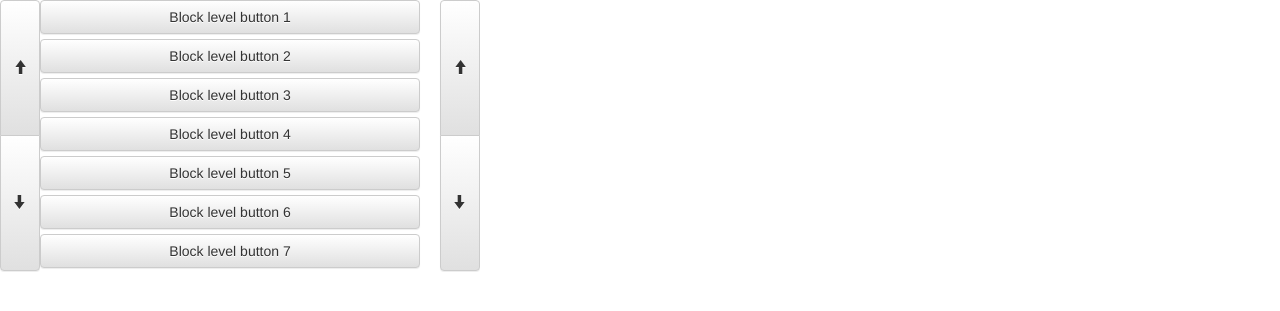
Repository: bmatusiak/bbb-usb-tool-nw
Page: index.html
The author's editor kept a record of every edit. The page is drawn from the files as they stood at one moment, then again after the next edit.
The browser window is 1280 px wide. The pictures show the whole page.

Above is the page before.
Console error: ReferenceError: global is not defined

After the next edit:
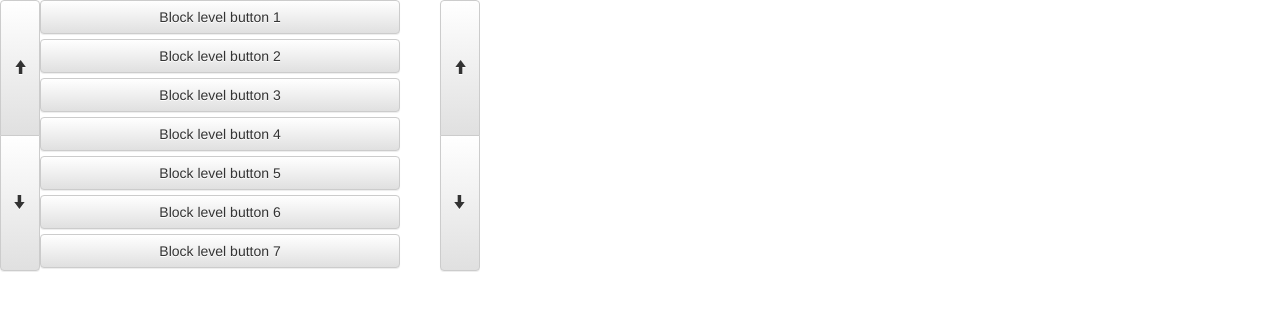
The edit:
--- a/index.html
+++ b/index.html
@@ -27,7 +27,7 @@
                       <button type="button" class="btn btn-default" style="height:136px;"><span class="glyphicon glyphicon-arrow-down"></span></button>
                     </div>
                 </div>
-                <div style="width:380px;display:inline-block;">
+                <div style="width:360px;display:inline-block;">
                     <button type="button" class="btn btn-default btn-block">Block level button 1</button>
                     <button type="button" class="btn btn-default btn-block">Block level button 2</button>
                     <button type="button" class="btn btn-default btn-block">Block level button 3</button>
